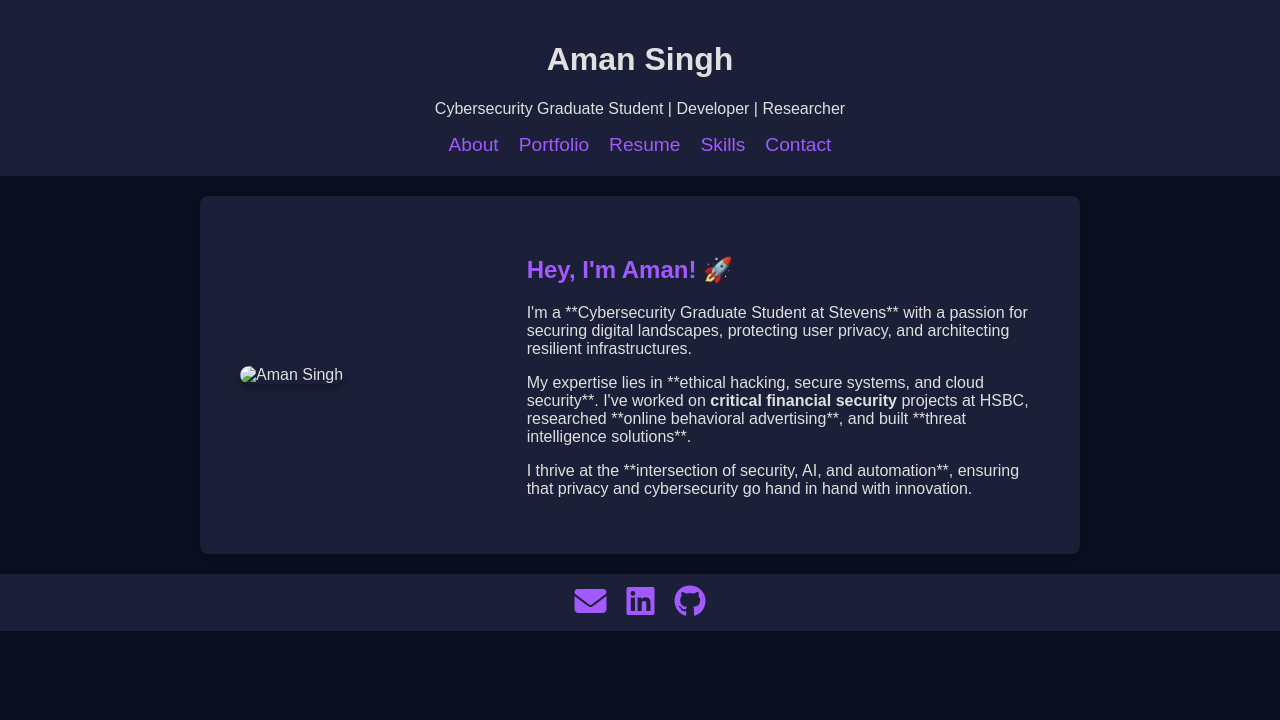
Repository: aman3singh/portfolio
Page: index.html
These files come from the project's save history. The page is drawn as it stood at one moment and after the next save; the edit follows.
The browser window is 1280 px wide. The pictures show the whole page.

Above is the page before, as saved 2025-02-11 19:38:59.
Not found: your-image.jpg

### index.html
<!DOCTYPE html>
<html lang="en">
<head>
    <meta charset="UTF-8">
    <meta name="viewport" content="width=device-width, initial-scale=1.0">
    <title>Aman Singh | Cybersecurity Portfolio</title>
    <link rel="stylesheet" href="styles.css">
    <link rel="stylesheet" href="https://cdnjs.cloudflare.com/ajax/libs/font-awesome/6.4.2/css/all.min.css">
</head>
<body>
    <header>
        <h1>Aman Singh</h1>
        <p>Cybersecurity Graduate Student | Developer | Researcher</p>
        <nav>
            <a href="#about">About</a>
            <a href="portfolio.html">Portfolio</a>
            <a href="resume.html">Resume</a>
            <a href="#skills">Skills</a>
            <a href="#contact">Contact</a>
        </nav>
    </header>

    <section id="about" style="display: flex; align-items: center; gap: 30px; padding: 40px;">
        <div style="flex: 1;">
            <img src="your-image.jpg" alt="Aman Singh" style="width: 100%; max-width: 300px; border-radius: 12px; box-shadow: 0px 4px 10px rgba(0, 0, 0, 0.3);">
        </div>
        <div style="flex: 2;">
            <h2 style="color: #A259FF;">Hey, I'm Aman! 🚀</h2>
            <p>
                I'm a **Cybersecurity Graduate Student at Stevens** with a passion for securing digital landscapes, protecting user privacy, and architecting resilient infrastructures.
            </p>
            <p>
                My expertise lies in **ethical hacking, secure systems, and cloud security**. I've worked on <b>critical financial security</b> projects at HSBC, researched **online behavioral advertising**, and built **threat intelligence solutions**.
            </p>
            <p>
                I thrive at the **intersection of security, AI, and automation**, ensuring that privacy and cybersecurity go hand in hand with innovation.
            </p>
        </div>
    </section>


    <footer>
            <div class="social-links" style="display: flex; gap: 20px; font-size: 2rem;">
                <a href="mailto:aman3singh.work@gmail.com" target="_blank">
                    <i class="fa-solid fa-envelope"></i>
                </a>
                <a href="https://www.linkedin.com/in/aman-singh7/" target="_blank">
                    <i class="fa-brands fa-linkedin"></i>
                </a>
                <a href="https://github.com/aman3singh" target="_blank">
                    <i class="fa-brands fa-github"></i>
                </a>
            </div>
    </footer>
</body>
</html>

### styles.css
body {
    font-family: 'Arial', sans-serif;
    margin: 0;
    padding: 0;
    background-color: #0A0F1F;
    color: #E0E0E0;
}

header {
    background-color: #1B1F38;
    color: 	#E0E0E0;
    text-align: center;
    padding: 20px;
}

nav {
    display: flex;
    justify-content: center;
    gap: 20px;
}

nav a {
    color: #A259FF;
    text-decoration: none;
    font-size: 1.2em;
    transition: color 0.3s;
}

nav a:hover {
    color: #00E5FF;
}

section {
    padding: 20px;
    margin: 20px auto;
    max-width: 800px;
    background: #1B1F38;
    box-shadow: 0px 4px 6px rgba(0, 0, 0, 0.1);
    border-radius: 8px;
}

h2 {
    color: #A259FF;
}

.project {
    border-left: 4px solid #A259FF;
    padding-left: 10px;
    margin-bottom: 15px;
}

.social-links {
    display: flex;
    justify-content: center;
    gap: 15px;
    font-size: 2rem;
}

.social-links a {
    color: #A259FF;
    transition: color 0.3s;
}

.social-links a:hover {
    color: #00E5FF;
}

footer {
    text-align: center;
    padding: 10px;
    background-color: #1B1F38;
    color: #E0E0E0;
}

After the next save:
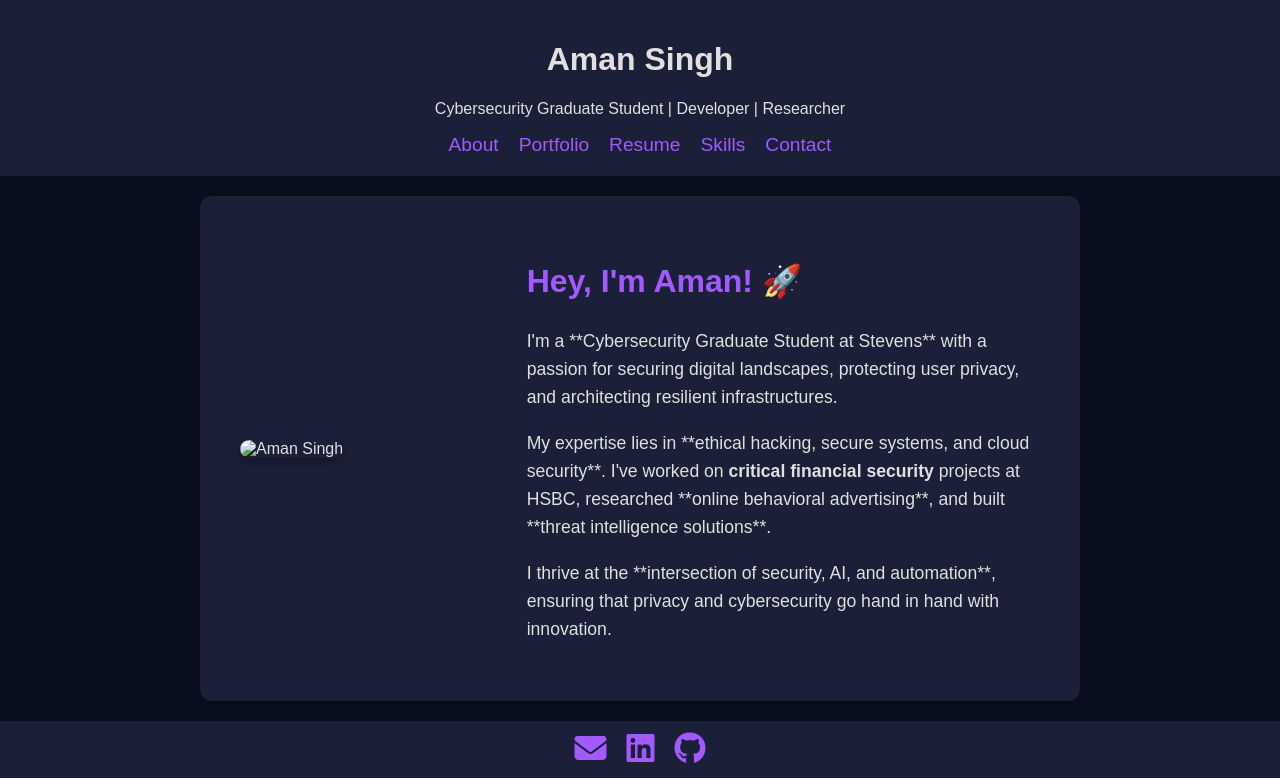
Saved 49 min 8 s later.
--- a/styles.css
+++ b/styles.css
@@ -42,6 +42,33 @@ section {
 h2 {
     color: #A259FF;
 }
+#about {
+    display: flex;
+    align-items: center;
+    gap: 30px;
+    padding: 40px;
+    background-color: #1B1F38;
+    border-radius: 12px;
+    box-shadow: 0px 4px 10px rgba(0, 0, 0, 0.3);
+}
+
+#about img {
+    width: 100%;
+    max-width: 300px;
+    border-radius: 12px;
+    box-shadow: 0px 4px 10px rgba(0, 0, 0, 0.3);
+}
+
+#about h2 {
+    color: #A259FF;
+    font-size: 2em;
+}
+
+#about p {
+    color: #E0E0E0;
+    font-size: 1.1em;
+    line-height: 1.6;
+}
 
 .project {
     border-left: 4px solid #A259FF;
